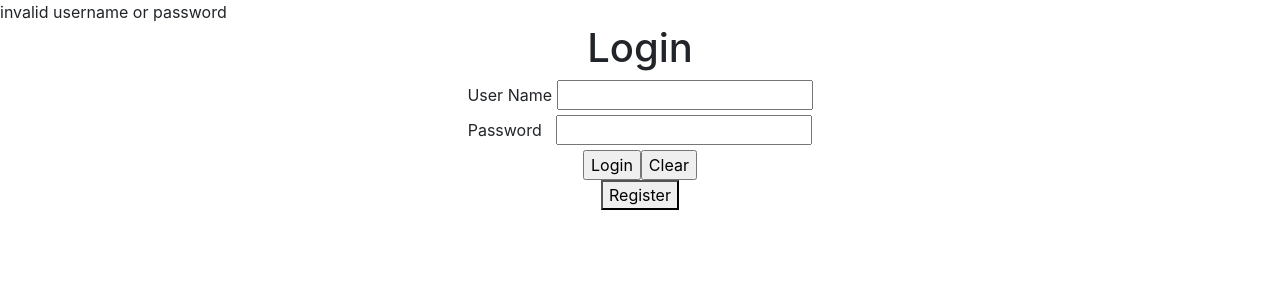
Repository: ramakrishnan1997/ram_javatraining
Page: http://localhost/AdminPortal/validation.jsp
An editor plug-in stored every save of this project. The page is shown before and after the next save, followed by the edit.
The browser window is 1280 px wide. The pictures show the whole page.
The page is served by Tomcat 9. Queries for data that is not in the repository find no rows.

Above is the page before, as saved 2022-07-04 07:20:38.

After the next save:
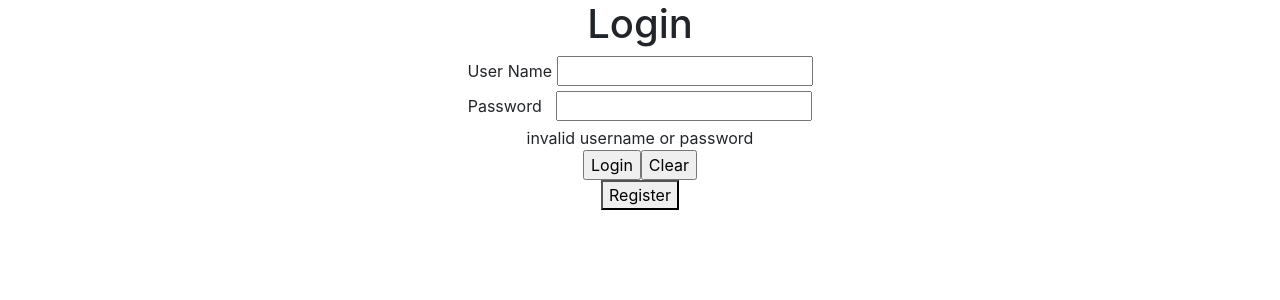
Saved 110 s later.
--- a/AdminPortal/src/main/webapp/Login.jsp
+++ b/AdminPortal/src/main/webapp/Login.jsp
@@ -17,7 +17,7 @@
 	background-repeat: no-repeat;
 	}</style>
 </head>
-<c:out value="${message1 }"/>
+
 <body class="image">
 <h1 style="text-align: center">Login</h1>
 <div class="container-fluid">
@@ -30,6 +30,9 @@
 		<div>
 			<label>Password</label> <input type="password" name="password" style="margin-left: 10px">
 		</div >
+		<div>
+<c:out value="${message1 }"/>
+</div>
 		<input type="submit" value="Login"><input type="reset"
 			value="Clear">
 
